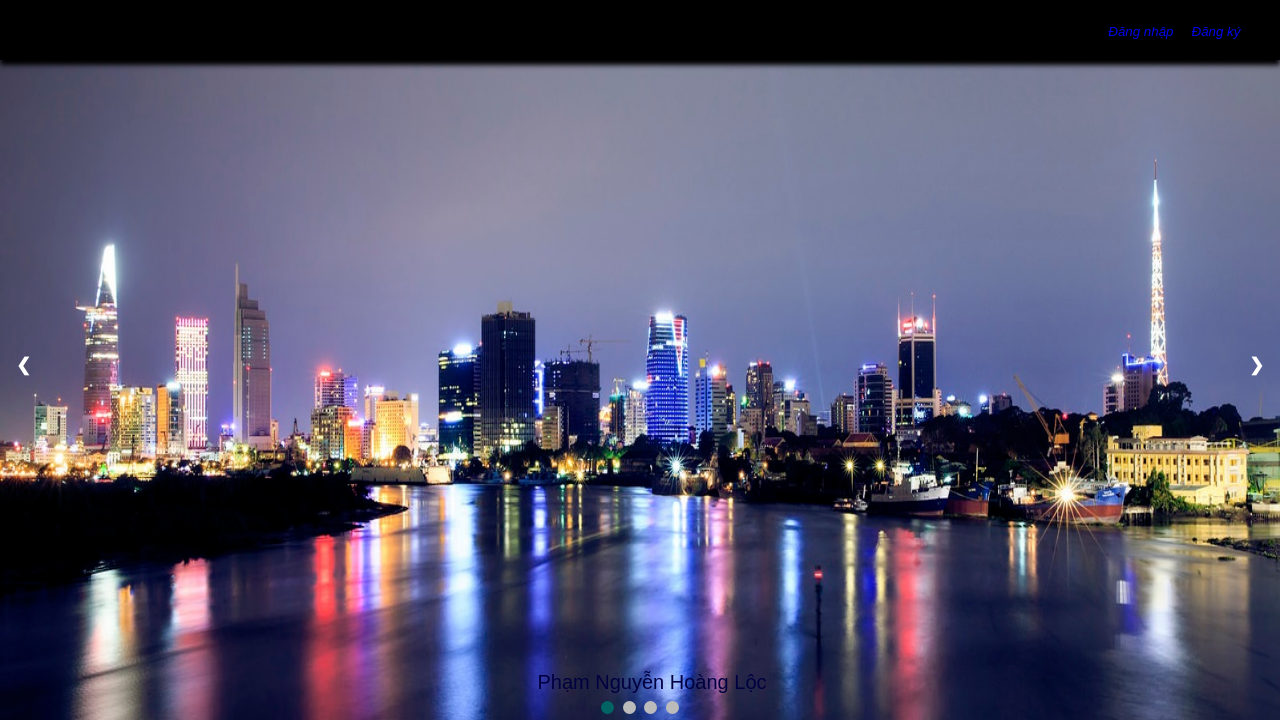
Repository: viplocpro/jsp
Page: ChatServlet/WebContent/index.html
These files come from the project's save history. The page is drawn as it stood at one moment and after the next save; the edit follows.
The browser window is 1280 px wide. The pictures show the whole page.

Above is the page before, as saved 2016-10-13 03:06:39.

### ChatServlet/WebContent/index.html
<!DOCTYPE html>
<html>
<head>
<meta charset="UTF-8">
<link rel="stylesheet" type="text/css" href="style/style.css">
<script src="javascript/test.js" type="text/javascript"></script>
<title>Hello UIT</title>
</head>
<body>
<div id ="menu">
	<!-- ul class="menu-1">
		<li class="home-menu-1"><img src="image/home.png" width="40px" height="35px"></li>
		<li>TRANG CHỦ</li>
		<li>GIỚI THIỆU</li>
		<li>HỒ SƠ</li>
	</ul>-->
	<ul class="menu-2">
		<a href="register"><li>Đăng ký</li></a>
		<a href="login"><li>Đăng nhập</li></a>
	</ul>
</div>
<div id="content" class="slideshow-container" >
	  	<div class="mySlides fade" style="background-image:url(image/i1.jpg);width:100%; height: 100%; background-size:100% 100%;">
	    	<div class="numbertext">1 / 4</div>
	    	<div class="text">Phạm Nguyễn Hoàng Lộc</div>
	  	</div>

	  	<div class="mySlides fade" style="background-image:url(image/i2.jpg);width:100%; height: 100%; background-size:100% 100%;">
	    	<div class="numbertext">2 / 4</div>
	    	<div class="text">Hồ Thanh Bình</div>
	  	</div>

	  	<div class="mySlides fade" style="background-image:url(image/i5.jpg);width:100%; height: 100%; background-size:100% 100%;">
	    	<div class="numbertext">3 / 4</div>
	    	<div class="text">Nguyễn Văn Duy</div>
	  	</div>

	  	<div class="mySlides fade" style="background-image:url(image/i4.jpg);width:100%; height: 100%; background-size:100% 100%;">
	    	<div class="numbertext">4 / 4</div>
	    	<div class="text">Hà Đại Dương</div>
	  	</div>

	  	<a class="prev" onclick="plusSlides(-1)">&#10094;</a>
	  	<a class="next" onclick="plusSlides(1)">&#10095;</a>

	 	<div id="dot" style="text-align:center">
		  <span class="dot" onclick="currentSlide(1)"></span>
		  <span class="dot" onclick="currentSlide(2)"></span>
		  <span class="dot" onclick="currentSlide(3)"></span>
		  <span class="dot" onclick="currentSlide(4)"></span>
		</div>
</div>
<script>

var slideIndex = 1;
showSlides(slideIndex);

setInterval(function(){
	slideIndex++;
	showSlides(slideIndex);
}, 10000);


function plusSlides(n) {
  showSlides(slideIndex += n);
}

function currentSlide(n) {
  showSlides(slideIndex = n);
}

function showSlides(n) {
  var i;
  var slides = document.getElementsByClassName("mySlides");
  var dots = document.getElementsByClassName("dot");

  if (n > slides.length) {slideIndex = 1}
  if (n < 1) {slideIndex = slides.length}
  for (i = 0; i < slides.length; i++) {
      slides[i].style.display = "none";
  }
  for (i = 0; i < dots.length; i++) {
      dots[i].className = dots[i].className.replace(" active", "");
  }
  slides[slideIndex-1].style.display = "block";
  dots[slideIndex-1].className += " active";
}
</script>
</body>
</html>

### ChatServlet/WebContent/style/style.css
*{
	padding:0;
	margin:0;
}
body{
	padding:0px;
	margin:0px;
	position:fixed;
	width:100%;
  	height:100%;
  	font-family: Arial,Helvetica,sans-serif;
}
#content
{
	width:100%;
  	height:100%;
  	z-index:0;
}
#menu
{
	width: 100%;
	height: 60px;
	z-index:1;
	position: absolute;
	//border: 1px solid white;
	//border-radius: 12px;
	//margin-left: 58%;
	color: white;
	//background-image: url(../image/bg-menu.jpg);
	background-size: 100% 100%;
	//border-bottom: 2px solid #444;
	background: black;
	box-shadow: 0px 5px 5px 0px black;
}
#menu ul
{
	position: relative;
    top: 20px;
    margin-left: 50%;
    margin-right: 2%;
}
#menu ul.menu-1 li
{
	cursor: pointer;
	list-style-type: none;
	float: left;
    //width: 100px;
    text-align: center;
   	margin-left: 20px;
    padding: 4px;
}
#menu ul.menu-1 li.home-menu-1
{
	//margin-bottom:5px;
	margin-top: -13px;
}
{
	cursor: pointer;
	list-style-type: none;
	float: left;
    //width: 100px;
    text-align: center;
   	margin-left: 20px;
    padding: 4px;
}

#menu ul.menu-2 li
{
	cursor: pointer;
	list-style-type: none;
    text-align: center;
    float: right;
    font-style: italic;
    font-size: smaller;
    margin-right: 10px;
    padding: 4px;
}

#menu ul.menu-1 li:hover:not(.home-menu-1)
{
	//border-radius: 12px;
	//background-color:blue;
	//font-weight: bold;
	border-bottom: 3px solid #ff405c;
	color: #ff405c;
}
#menu ul.menu-2 li:hover
{
	color: orange;
}
/* Slideshow container */
.slideshow-container {
  position: relative;
  margin: auto;
}
/* Next & previous buttons */
.prev, .next {
  cursor: pointer;
  position: absolute;
  top: 50%;
  width: auto;
  margin-top: -22px;
  padding: 16px;
  color: white;
  font-weight: bold;
  font-size: 18px;
  transition: 0.6s ease;
  border-radius: 0 3px 3px 0;
}

/* Position the "next button" to the right */
.next {
  right: 0;
  border-radius: 3px 0 0 3px;
}

/* On hover, add a black background color with a little bit see-through */
.prev:hover, .next:hover {
  background-color: rgba(0,0,0,0.8);
}

/* Caption text */
.text {
  color: #f2f2f2;
  font-size: 20px;
  padding: 8px 12px;
  position: absolute;
  bottom: 18px;
  width: 100%;
  text-align: center;
  color: #000040;
}

/* Number text (1/3 etc) */
.numbertext {
  color: #f2f2f2;
  font-size: 12px;
  padding: 8px 12px;
  position: absolute;
  top: 0;
}

#dot
{
	position: inherit;
    bottom: 20px;
}

/* The dots/bullets/indicators */
.dot {
  cursor:pointer;
  height: 13px;
  width: 13px;
  margin: 0 2px;
  background-color: #bbb;
  border-radius: 50%;
  display: inline-block;
  transition: background-color 0.6s ease;
}

.active, .dot:hover {
  background-color: #006464;
}

/* Fading animation */
.fade {
  -webkit-animation-name: fade;
  -webkit-animation-duration: 5s;
  animation-name: fade;
  animation-duration: 2s;
}

@-webkit-keyframes fade {
  from {opacity: .4}
  to {opacity: 1}
}

@keyframes fade {
  from {opacity: .4}
  to {opacity: 1}
}
.overlay {
    position: fixed;
    top: 0;
    left: 0;
    z-index: -1;
    display: block;
    background-color: black;
    opacity: 0;
    width: 100%;
    height: 100%;
    -webkit-transition: opacity 1s;
    -moz-transition: opacity 1s;
    -o-transition: opacity 1s;
    -ms-transition: opacity 1s;
    transition: opacity 1s;
}

### ChatServlet/WebContent/javascript/test.js
//var slideIndex = 1;
//showSlides(slideIndex);
//
//setInterval(function(){
//	slideIndex++;
//	showSlides(slideIndex);
//}, 5000);
//
//
//function plusSlides(n) {
//  showSlides(slideIndex += n);
//}
//
//function currentSlide(n) {
//  showSlides(slideIndex = n);
//}
//
//function showSlides(n) {
//  var i;
//  var slides = document.getElementsByClassName("mySlides");
//  var dots = document.getElementsByClassName("dot");
//
//  if (n > slides.length) {slideIndex = 1}
//  if (n < 1) {slideIndex = slides.length}
//  for (i = 0; i < slides.length; i++) {
//      slides[i].style.display = "none";
//  }
//  for (i = 0; i < dots.length; i++) {
//      dots[i].className = dots[i].className.replace(" active", "");
//  }
//  slides[slideIndex-1].style.display = "block";
//  dots[slideIndex-1].className += " active";
//}

After the next save:
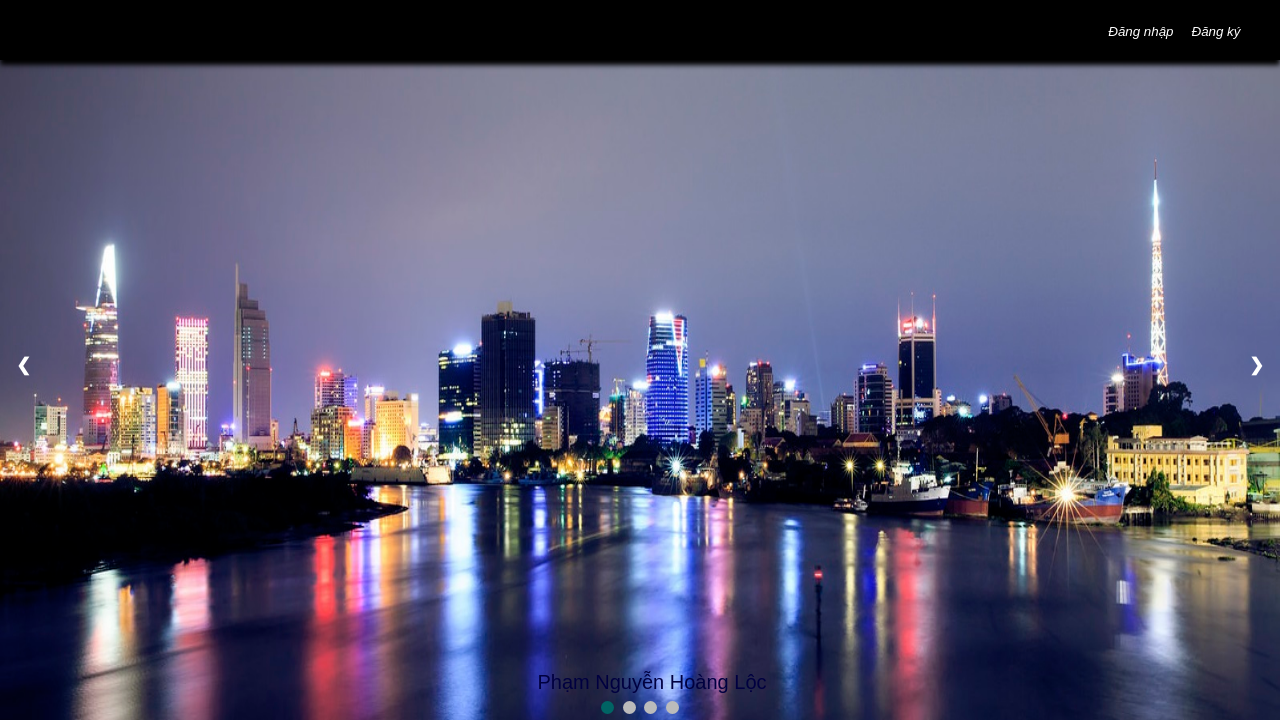
Saved 96 s later.
--- a/ChatServlet/WebContent/style/style.css
+++ b/ChatServlet/WebContent/style/style.css
@@ -2,6 +2,15 @@
 	padding:0;
 	margin:0;
 }
+
+a{
+	color: white;
+}
+
+a:hover{
+	color:#ff405c;
+}
+
 body{
 	padding:0px;
 	margin:0px;
